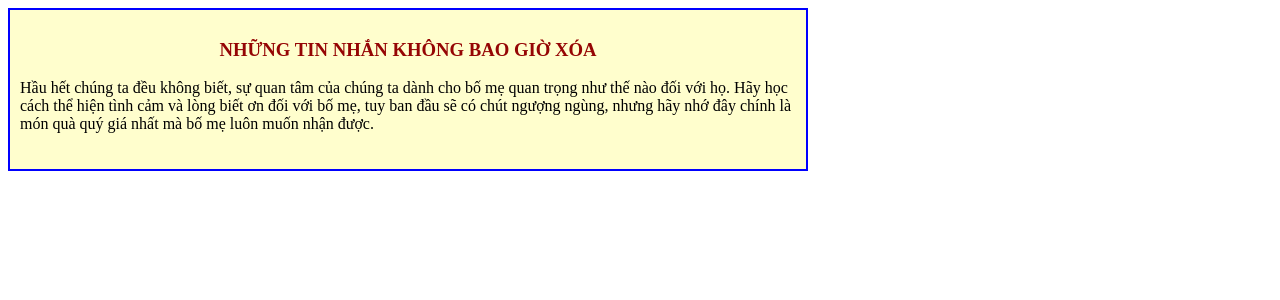
Repository: Tan-Khang21/TH_TKW--Buoi_06
Page: Bai_Tap_Mau/Bai_01/Css1.html
These files come from the project's save history. The page is drawn as it stood at one moment and after the next save; the edit follows.
The browser window is 1280 px wide. The pictures show the whole page.

Above is the page before, as saved 2024-03-11 15:56:30.

### Bai_Tap_Mau/Bai_01/Css1.html
<!DOCTYPE html>
<html lang="en">
  <head>
    <meta charset="UTF-8" />
    <meta name="viewport" content="width=device-width, initial-scale=1.0" />
    <title>Document</title>
  </head>
  <body>
    <div style="width: 800px">
      <div
        style="
          padding: 10px;
          padding-bottom: 20px;
          border: 2px solid blue;
          background-color: #fffecd;
        "
      >
        <h3 style="text-align: center; color: #950504">
          NHỮNG TIN NHẮN KHÔNG BAO GIỜ XÓA
        </h3>
        <p>
          Hầu hết chúng ta đều không biết, sự quan tâm của chúng ta dành cho bố
          mẹ quan trọng như thế nào đối với họ. Hãy học cách thể hiện tình cảm
          và lòng biết ơn đối với bố mẹ, tuy ban đầu sẽ có chút ngượng ngùng,
          nhưng hãy nhớ đây chính là món quà quý giá nhất mà bố mẹ luôn muốn
          nhận được.
        </p>
      </div>
    </div>
  </body>
</html>

After the next save:
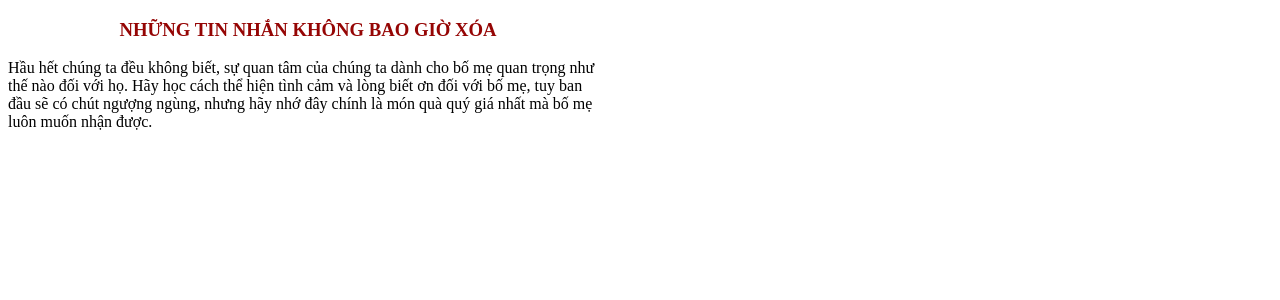
Saved 48 s later.
--- a/Bai_Tap_Mau/Bai_01/Css1.html
+++ b/Bai_Tap_Mau/Bai_01/Css1.html
@@ -6,8 +6,9 @@
     <title>Document</title>
   </head>
   <body>
-    <div style="width: 800px">
+    <div>
       <div
+        style="width: 600px"
         style="
           padding: 10px;
           padding-bottom: 20px;
